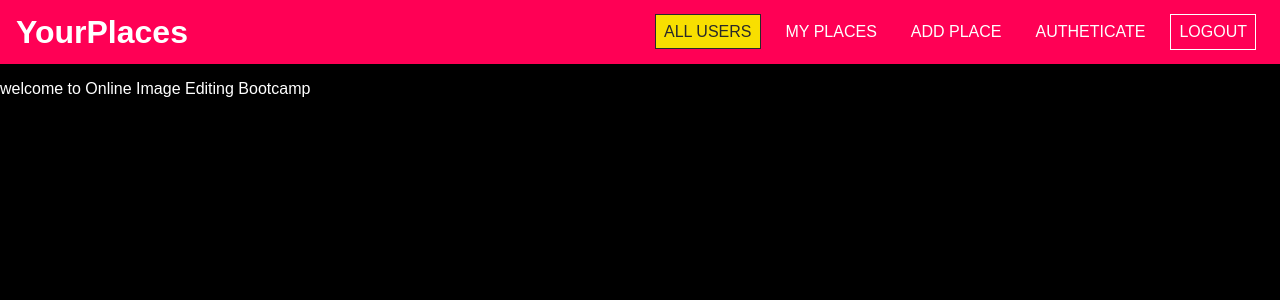
Repository: TanviSanyal/ImageEditingBootcamp
Page: /
An editor plug-in stored every save of this project. The page is shown before and after the next save, followed by the edit.
The browser window is 1280 px wide. The pictures show the whole page.
The project was rebuilt for these pictures with package versions that can differ from the ones it lists, and the page was loaded fresh each time. Also part of the build but not shown: src/shared/components/navigation/SideDrawer.css, src/shared/components/UIElements/Backdrop.css, src/shared/components/UIElements/Backdrop.js.

Above is the page before, as saved 2020-09-26 22:45:24.

After the next save:
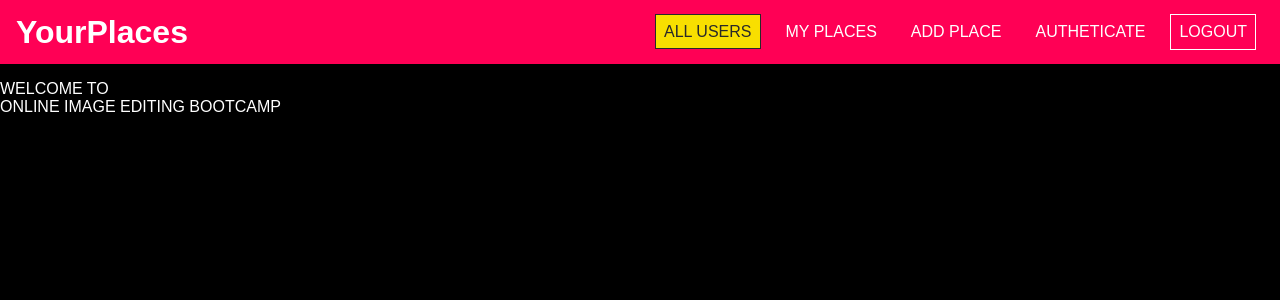
Saved 31 s later.
--- a/src/App.css
+++ b/src/App.css
@@ -1,3 +1,5 @@
 .main-body span{
   color: white;
+  text-transform: uppercase;
+  display: block;
 }
